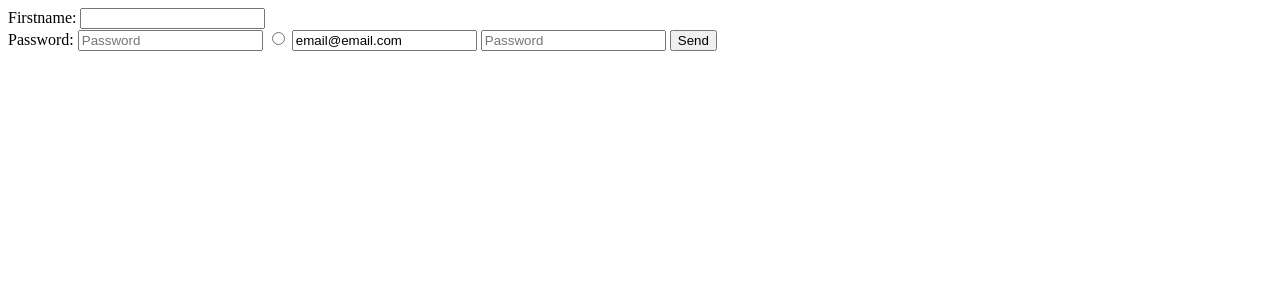
Repository: Tranghii/HTML-CSS
Page: HTML&CSS/form.html
These files come from the project's save history. The page is drawn as it stood at one moment and after a run of saves; the edit follows.
The browser window is 1280 px wide. The pictures show the whole page.

Above is the page before, as saved 2025-10-11 17:02:45.

After the next 3 saves:
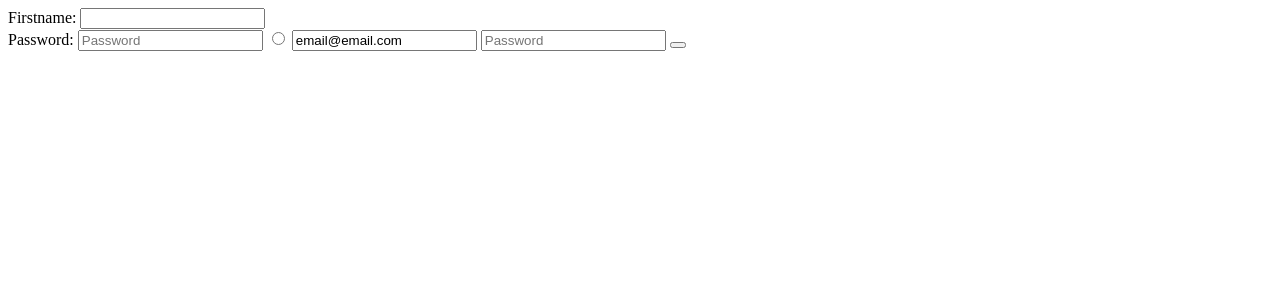
The 3 saves are shown as one change because they came seconds apart.
The last was saved 69 s later.
--- a/HTML&CSS/form.html
+++ b/HTML&CSS/form.html
@@ -16,7 +16,7 @@
 
         <input type="email" name="email" id="email" value="email@email.com" placeholder="email">
         <input type="Password" name="pass" id="pass" placeholder="Password">
-   <button type="submit" >Send</button>
+   <button type="submit"  ></button>
 
 
     </form>
